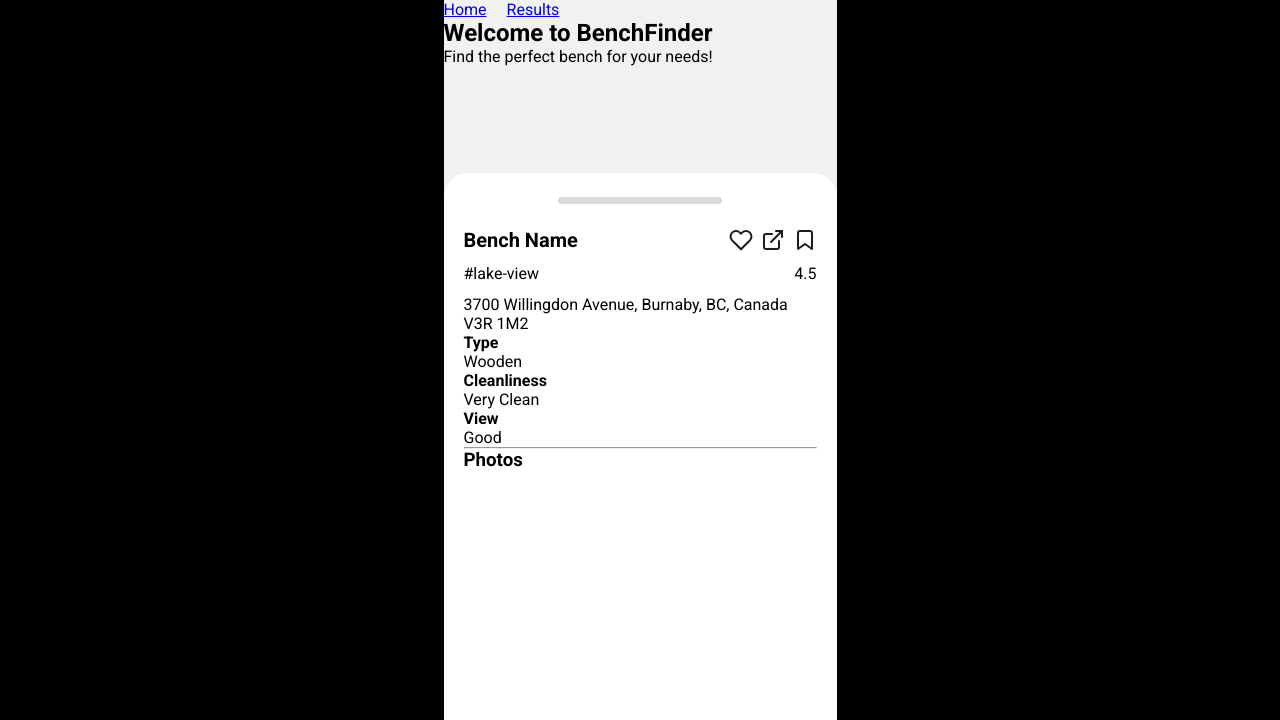
Repository: HidayatPatil/BenchFinder
Page: /
The author's editor kept a copy of each file at every save. The page is drawn from the files as they stood at one save, then again after the next save.
The browser window is 1280 px wide. The pictures show the whole page.
The project was rebuilt for these pictures with package versions that can differ from the ones it lists, and the page was loaded fresh each time. Also part of the build but not shown: vite.config.js, src/Results.jsx.

Above is the page before, as saved 2025-10-09 21:24:21.

### index.html
<!doctype html>
<html lang="en">
  <head>
    <meta charset="UTF-8" />
    <link rel="icon" type="image/svg+xml" href="/vite.svg" />
    <meta name="viewport" content="width=device-width, initial-scale=1.0" />
    <title>benchfinder</title>
  </head>
  <body>
    <div id="root"></div>
    <script type="module" src="/src/main.jsx"></script>
  </body>
</html>

### src/index.css
@import url('https://fonts.googleapis.com/css2?family=Roboto:wght@400;700&display=swap');

/* Reset default margins and padding */
* {
    margin: 0;
    padding: 0;
    box-sizing: border-box;
}

body, html {
    width: 100%;
    height: 100%;
    overflow: hidden;
    background-color: black;
    display: flex;
    justify-content: center;
    align-items: center;
    font-family: 'Roboto', sans-serif;
}

#root {
    width: 393px;
    min-width: 320px;
    max-width: 425px;
    height: 100vh;
    background-color: rgb(0, 0, 0);
    position: relative;
}

.app_body {
    width: 393px;
    min-width: 320px;
    max-width: 425px;
    height: 100%;
    background-color: #F1F1F1;
    margin: 0 auto;
    position: relative;
}

.drawer_container {
    height: 547px;
    position: absolute;
    bottom: 0;
    padding: 0 20px;
    background-color: #FFFFFF;
    border-radius: 24px 24px 0 0;
}

.drawer_handle {
    width: 164px;
    height: 7px;
    border-radius: 100px;
    background-color: #D9D9D9;
    margin: 24px auto;
}

.data_metadata {
    display: flex;
    flex-direction: column;
    gap: 12px;
}

.metadata_name_options {
    display: flex;
    justify-content: space-between;
    align-items: center;

    h2 {
        font-size: 20px;
        font-weight: 600;
    }

    .bench_metadata_options {
        display: flex;
        gap: 8px;
    }

    .option_icons {
        height: 24px;
        width: 24px;
        color: #1C1B1F;
    }
}

.metadata_tags_rating {
    display: flex;
    justify-content: space-between;
    align-items: center;
}

### src/App.jsx
import { Routes, Route, Link } from 'react-router-dom'
import Result from './Results'
import Home from './Home'

export default function App(){
  return (
    <div className="app_body">
      {/* <h1 className="container">BenchFinder App</h1> */}
      <nav>
        <Link to="/" style={{ marginRight: '20px' }}>Home</Link>
        <Link to="/results">Results</Link>
      </nav>

      <Routes>
        <Route path="/" element={<Home />} />
        <Route path="/results" element={<Result />} />
      </Routes>
    </div>
  )
}

### src/Home.jsx
import ContentDrawer from "./components/contentDrawer"

export default function Home() {
  return (
    <div>
      <h2>Welcome to BenchFinder</h2>
      <p>Find the perfect bench for your needs!</p>
      <div className="google_maps">
        <img />
      </div>
      <ContentDrawer />
    </div>
  )
}

### src/components/contentDrawer.jsx
import { FiHeart } from "react-icons/fi";
import { FiExternalLink } from "react-icons/fi";
import { FiBookmark } from "react-icons/fi";
import { IconContext } from "react-icons";

export default function ContentDrawer() {
  return (
    <div className="drawer_container">
      <div className="drawer_handle"></div>
      <div className="bench_data">
        <div className="data_metadata">
          <div className="metadata_name_options">
            <h2>Bench Name</h2>
            <div className="bench_metadata_options">
              <IconContext.Provider value={{ className: "option_icons" }}>
                <FiHeart />
                <FiExternalLink />
                <FiBookmark />
              </IconContext.Provider>
            </div>
          </div>
          <div className="metadata_tags_rating">
            <div className="bench_tags">#lake-view</div>
            <div className="bench_rating">4.5</div>
          </div>
          <p className="metadata_address">
            3700 Willingdon Avenue, Burnaby, BC, Canada V3R 1M2
          </p>
        </div>
        <div className="data_bench_overview">
          <div className="bench_type">
            <h4 className="overview_title">Type</h4>
            <p className="overview_content">Wooden</p>
          </div>
          <div className="bench_cleanliness">
            <h4 className="overview_title">Cleanliness</h4>
            <p className="overview_content">Very Clean</p>
          </div>
          <div className="bench_view">
            <h4 className="overview_title">View</h4>
            <p className="overview_content">Good</p>
          </div>
        </div>
      </div>
      <hr />
      <div className="bench_photos">
        <div className="photos_heading">
          <h3>Photos</h3>
          {/* <img "add plus icon" />  */}
        </div>
        <div className="photos_gallery">
          <div className="gallery_image"></div>
          <div className="gallery_image"></div>
          <div className="gallery_image"></div>
        </div>
      </div>
    </div>
  );
}

Loaded but not shown: src/main.jsx (common file)

After the next save:
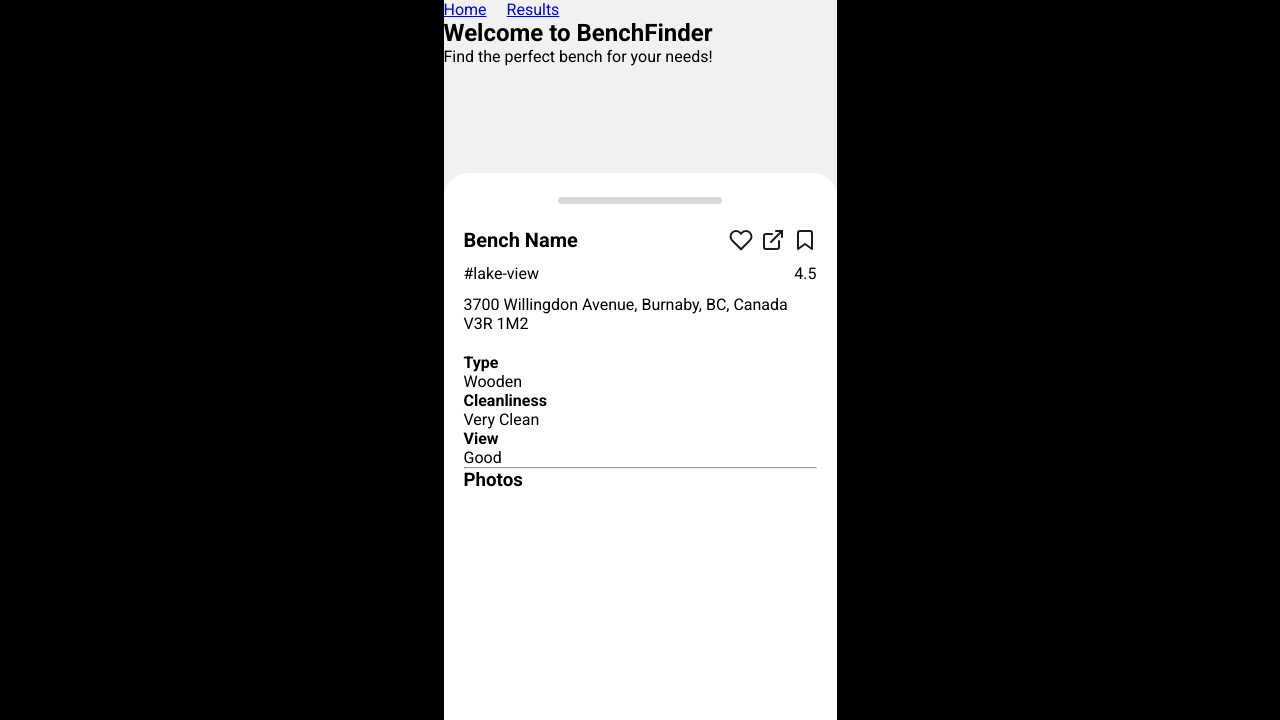
Saved 87 s later.
--- a/src/index.css
+++ b/src/index.css
@@ -54,6 +54,12 @@
     margin: 24px auto;
 }
 
+.bench_data {
+    display: flex;
+    flex-direction: column;
+    gap: 20px;
+}
+
 .data_metadata {
     display: flex;
     flex-direction: column;

After the save that followed:
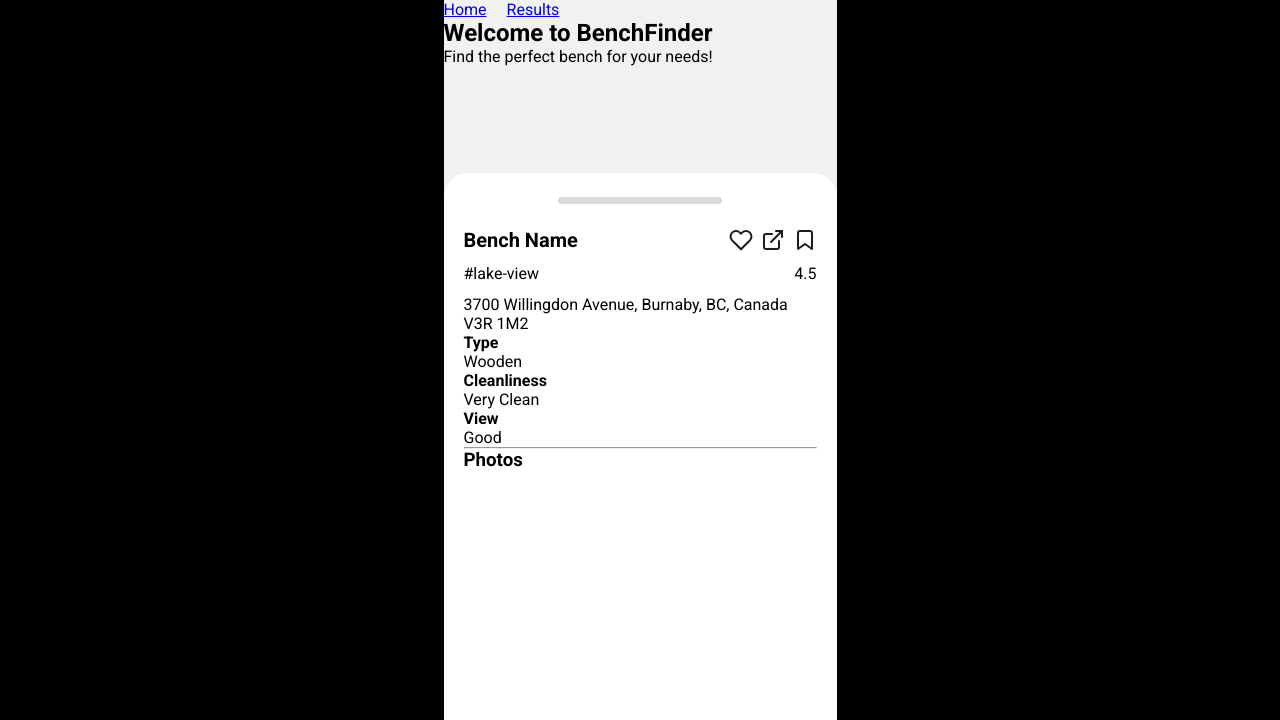
Saved 19 s later.
--- a/src/index.css
+++ b/src/index.css
@@ -57,7 +57,7 @@
 .bench_data {
     display: flex;
     flex-direction: column;
-    gap: 20px;
+    /* gap: 20px; */
 }
 
 .data_metadata {
